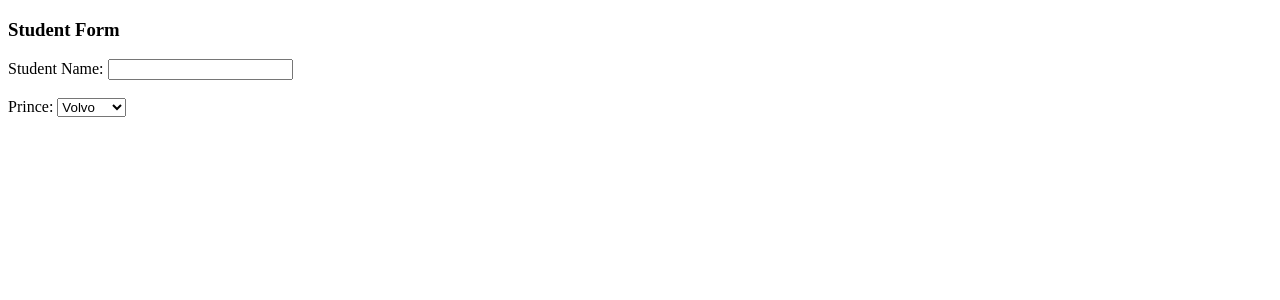
Repository: hunggtham/First-Jsp-and-Servlet-Project
Page: http://localhost/12DemoDropDown/
These files come from the project's save history. The page is drawn as it stood at one moment and after the next save; the edit follows.
The browser window is 1280 px wide. The pictures show the whole page.
The page is served by Tomcat 9. Other server files are loaded and not shown.

Above is the page before, as saved 2022-08-15 14:47:43.

### 12DemoDropDown/src/main/webapp/WEB-INF/View/Home.jsp
<%@ page language="java" contentType="text/html; charset=ISO-8859-1"
    pageEncoding="ISO-8859-1"%>
<!DOCTYPE html>
<html>
<head>
<meta charset="ISO-8859-1">
<title>Home Page</title>
</head>
<body>
	<h3>Student Form</h3>
	Student Name: <input type = "text" name = "uname" >
	<br>
	<br>
	Prince: <select>
		<option value = "vol"> Volvo</option>
		<option value = "huyndai">hyundai</option>
		<option value = "vinfast">Vinfast</option>
		<option value = "BMW">BMW</option>
	</select>
</body>
</html>

### 12DemoDropDown/src/main/java/controller/HomeForward.java
package controller;

import java.io.IOException;

import javax.servlet.RequestDispatcher;
import javax.servlet.ServletException;
import javax.servlet.annotation.WebServlet;
import javax.servlet.http.HttpServlet;
import javax.servlet.http.HttpServletRequest;
import javax.servlet.http.HttpServletResponse;


@WebServlet("/HomeForward")
public class HomeForward extends HttpServlet {
	private static final long serialVersionUID = 1L;


    public HomeForward() {
        super();
        // TODO Auto-generated constructor stub
    }


	protected void doGet(HttpServletRequest request, HttpServletResponse response) throws ServletException, IOException {
		// TODO Auto-generated method stub
		RequestDispatcher rd = request.getRequestDispatcher("/WEB-INF/View/Home.jsp");
		rd.forward(request, response);
	}


	protected void doPost(HttpServletRequest request, HttpServletResponse response) throws ServletException, IOException {
		// TODO Auto-generated method stub
		doGet(request, response);
	}

}

After the next save:
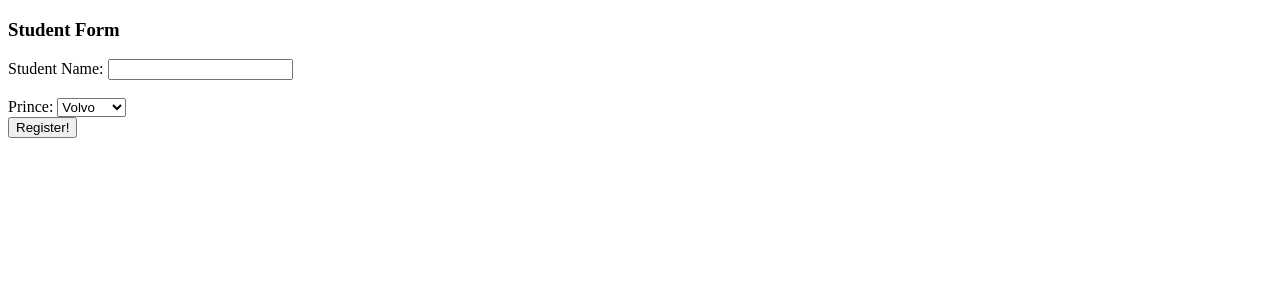
Saved 41 s later.
--- a/12DemoDropDown/src/main/webapp/WEB-INF/View/Home.jsp
+++ b/12DemoDropDown/src/main/webapp/WEB-INF/View/Home.jsp
@@ -1,5 +1,5 @@
 <%@ page language="java" contentType="text/html; charset=ISO-8859-1"
-    pageEncoding="ISO-8859-1"%>
+	pageEncoding="ISO-8859-1"%>
 <!DOCTYPE html>
 <html>
 <head>
@@ -8,14 +8,17 @@
 </head>
 <body>
 	<h3>Student Form</h3>
-	Student Name: <input type = "text" name = "uname" >
+	Student Name:
+	<input type="text" name="uname">
 	<br>
+	<br> Prince:
+	<select>
+		<option value="vol">Volvo</option>
+		<option value="huyndai">hyundai</option>
+		<option value="vinfast">Vinfast</option>
+		<option value="BMW">BMW</option>
+	</select>
 	<br>
-	Prince: <select>
-		<option value = "vol"> Volvo</option>
-		<option value = "huyndai">hyundai</option>
-		<option value = "vinfast">Vinfast</option>
-		<option value = "BMW">BMW</option>
-	</select>
+	<input type = "submit" value = "Register!" />
 </body>
 </html>
